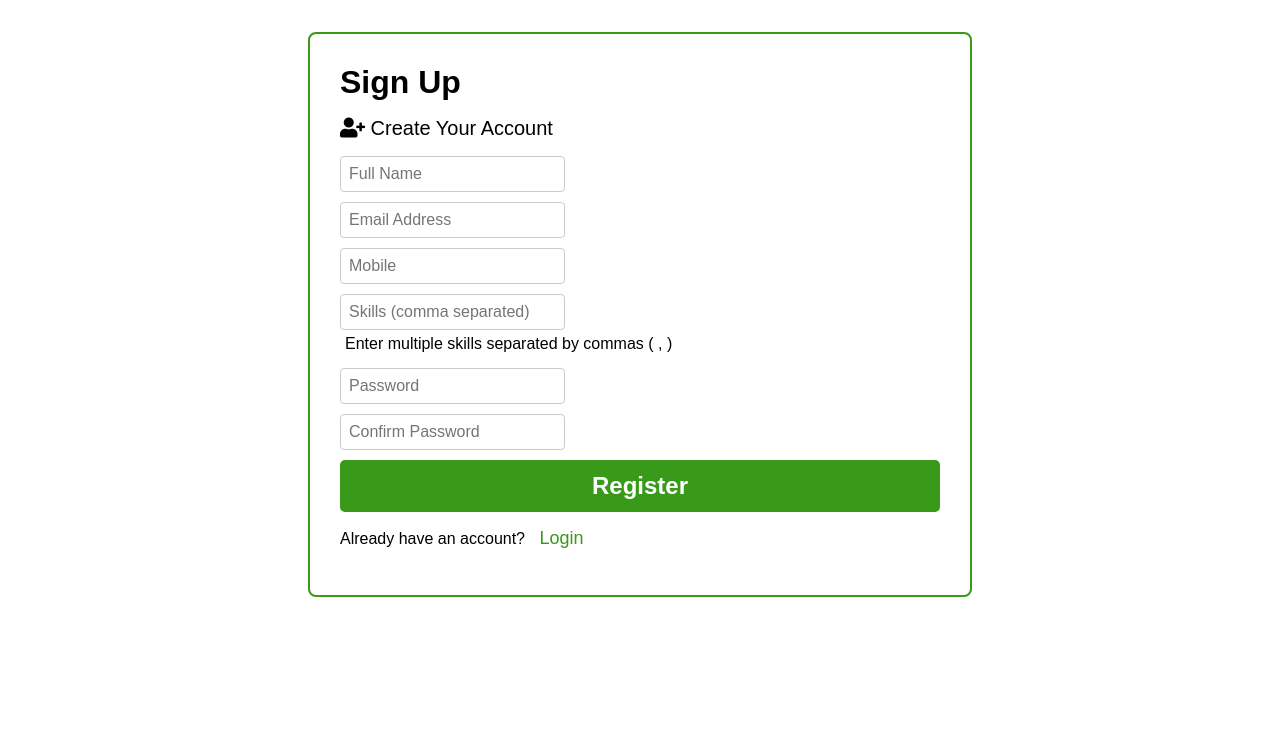
Repository: sayyad-mukthumsa-123/DevMania
Page: /register (app in frontend/)
These files come from the project's save history. The page is drawn as it stood at one moment and after a run of saves; the edit follows.
The browser window is 1280 px wide. The pictures show the whole page.
The project was rebuilt for these pictures with package versions that can differ from the ones it lists, and the page was loaded fresh each time. Also part of the build but not shown: frontend/src/pages/Home.js, frontend/src/pages/login.js, frontend/src/pages/Allprofiles.js, frontend/src/pages/MyProfile.js, frontend/src/pages/Indprofile.js.

Above is the page before, as saved 2025-03-01 00:01:31.

After the next 2 saves:
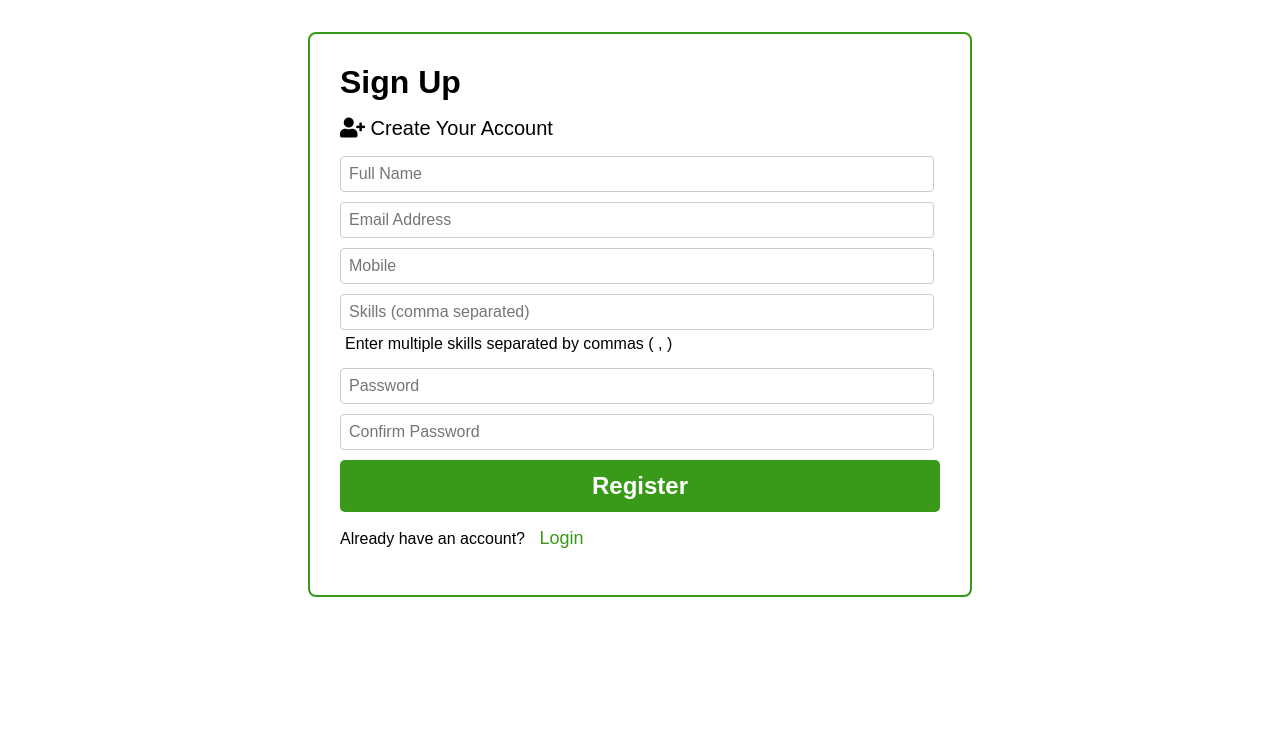
The 2 saves are shown as one change because they came seconds apart.
The last was saved 7 s later.
--- a/frontend/src/styles/styles.css
+++ b/frontend/src/styles/styles.css
@@ -387,7 +387,7 @@
 }
 
 .form-group input {
-  width:auto;
+  width:96%;
   padding: 0.5rem;
   border: 1px solid #ccc;
   border-radius: 0.25rem;

After the 2 saves that followed:
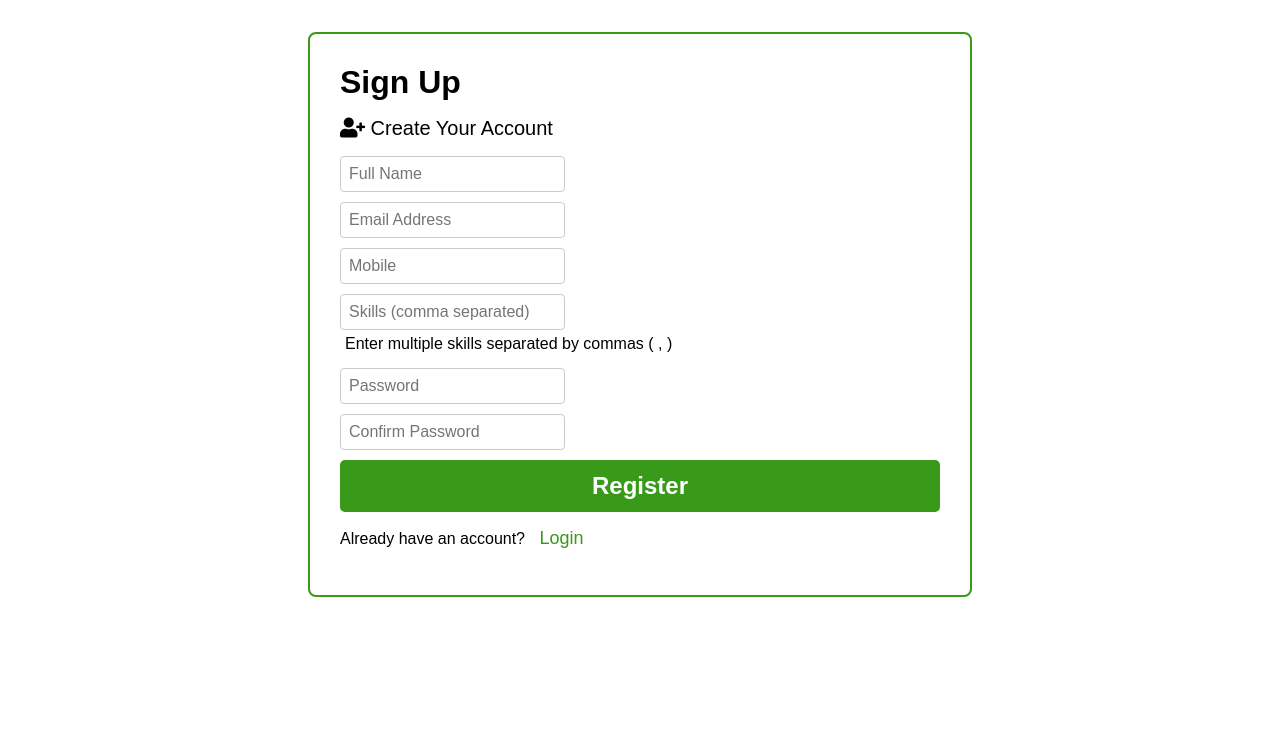
The 2 saves are shown as one change because they came seconds apart.
The last was saved 6 s later.
--- a/frontend/src/styles/styles.css
+++ b/frontend/src/styles/styles.css
@@ -387,7 +387,7 @@
 }
 
 .form-group input {
-  width:96%;
+  width:97;
   padding: 0.5rem;
   border: 1px solid #ccc;
   border-radius: 0.25rem;
